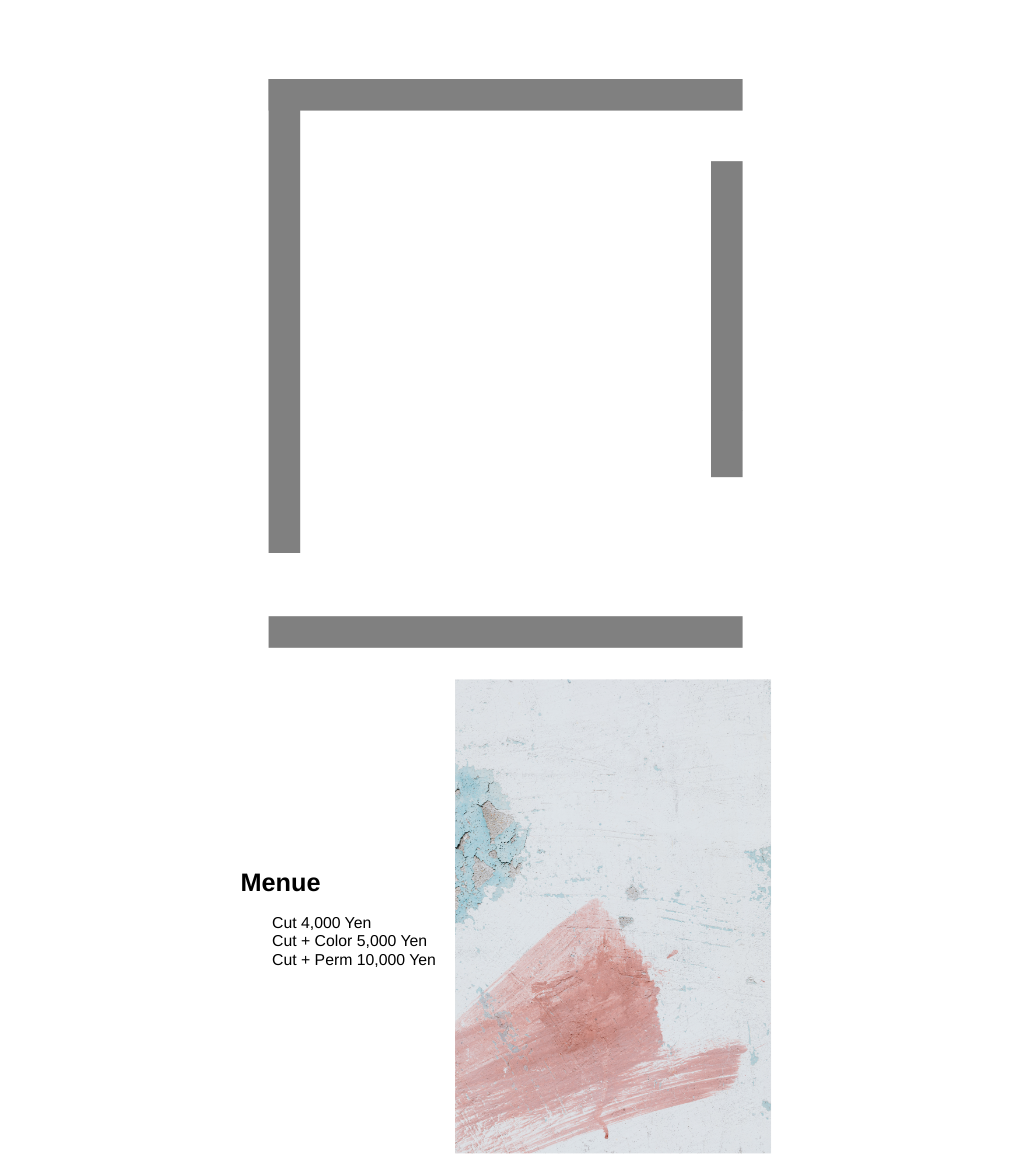
Repository: tomomi1214/canvas.
Page: canvas/imdex.html
The author's editor kept a record of every edit. The page is drawn from the files as they stood at one moment, then again after the next edit.
The browser window is 1280 px wide. The pictures show the whole page, at 79% of full size.
Some web fonts or font styles are not loaded; a fallback is used. Some web libraries are served in a nearby version.

Above is the page before.
Console error: TypeError: e.indexOf is not a function

### canvas/imdex.html
<!DOCTYPE html>
<html lang="ja">
    <head>
        <meta charset="utf-8">
        <meta name="viewport" content="width=device-width,initial-scale=1.0">
        <link rel="stylesheet" href="css/style.css">
        <link rel="icon" href="images/myicon.ico">
        <title>canvas. fukuoka</title>
        <script src="https://code.jquery.com/jquery-3.3.1.min.js"></script>
        <script src="js/anime.min.js"></script>
        <script src="https://cdnjs.cloudflare.com/ajax/libs/Chart.js/2.7.2/Chart.bundle.js"></script>
    </head>
    <body>
        <div class="loading-page">
            <div id="logo">
                <div id="logo0"></div>
                <div id="logo1"></div>
                <div id="logo2"></div>
                <div id="logo3"></div>
                <div id="logo4"></div>
            </div>
        </div>
        <div class="top">
        </div>

        <div class="menue">
            <div class="price">
                <h1>Menue</h1>
                <ul>
                    <li>Cut            4,000 Yen</li>
                    <li>Cut + Color    5,000 Yen</li>
                    <li>Cut + Perm    10,000 Yen</li>
                </ul>
            </div>
            <div class="pic">
                <img src="images/menue.jpg">
            </div>
        </div>
        <div class="address"></div>
        <div class="footer"></div>

    <script src="js/script.js"></script>
    </body>
</html>

### canvas/css/style.css
@charset "utf8";
/*@import url(https://fonts.googleapis.com/css?family=Open+Sans);*/
@import url(https://fonts.googleapis.com/css?family=Hurme+Geometric+Sans+No.1);


h1, p, ul{
    font-family: "Helvetica", "Times New Roman"/* "Didact Gothic"*/;
    /*src: '/canvas/HurmeGeometricSans1 Bold.otf';*/
}


.loading-page {
    height: 100vH;
}

#logo {
    position: relative;
    height: 600px;
    width: 600px;
    margin: 100px auto;
}
#logo0 {
    position: absolute;
    border-left: 40px solid gray;
    border-bottom: 30px solid transparent;
    border-right: 30px solid transparent;
    margin-left: 560px;
    margin-top: 419px;
    opacity: 0;
}
#logo1 {
    position: absolute;
    bottom: 30%;
    width: 40px;
    background-color: gray;
    margin-left: 560px;
    margin-top: 350px;
}
#logo2 {
    position: absolute;
    right: 0;
    height: 40px;
    background-color: gray;
}
#logo3 {
    position: absolute;
    width: 40px;
    background-color: gray;
}
#logo4 {
    position: absolute;
    height: 40px;
    background-color: gray;
    margin-top: 600px;
    bottom: 0%;
}
.header {
    height: 90px;
    border-bottom: 5px solid gray;
}
.header img{
    height: 80px;
    margin-left: 100px;
}
.top {
    height: 100vH;
}
.top img {
    height: 100vH;
    margin: 10px auto;
    text-align: center;
}

.menue{
    margin-top: 40px;
    height: 610px;
    text-align: center;
}
.price {
    text-align: left;
    display: inline-block;
    vertical-align: middle;
}
.price ul{
    list-style: none;
    font-size: 20px;
    padding-right: 20px;
}
.pic {
    display: inline-block;
    vertical-align: middle;

}
.pic img {
    height: 600px;
}

### canvas/js/script.js
/*global $*/
/*global Chart*/

//logo
$(window).on('load',function() {
    $("#logo0").animate({
        "opacity": "1"
    }, 100)
    $("#logo1").animate({
        "height" : "400px"
    }, 500),
    $("#logo2").delay(400).animate({
       "width": "600px"
    }, 500),
    $("#logo3").delay(800).animate({
        "height": "600px"
    }, 500),
    $("#logo4").delay(1200).animate({
        "width": "600px"
    }, 500)
});

//Logoをフェードアウトさせる
$(function() {
  var h = $(window).height();

  $('.top').css('display','none');
  $('#loading-page ,#logo').height(h).css('display','block');
});

$(window).load(function () { //全ての読み込みが完了したら実行
  $('#loader-bg').delay(900).fadeOut(800);
  $('#loader').delay(600).fadeOut(300);
  $('#wrap').css('display', 'block');
});

//10秒たったら強制的にロード画面を非表示
$(function(){
  setTimeout('stopload()',10000);
});

function stopload(){
  $('#wrap').css('display','block');
  $('#loader-bg').delay(900).fadeOut(800);
  $('#loader').delay(600).fadeOut(300);
}

Loaded but not shown: canvas/js/anime.min.js (library)

After the next edit:
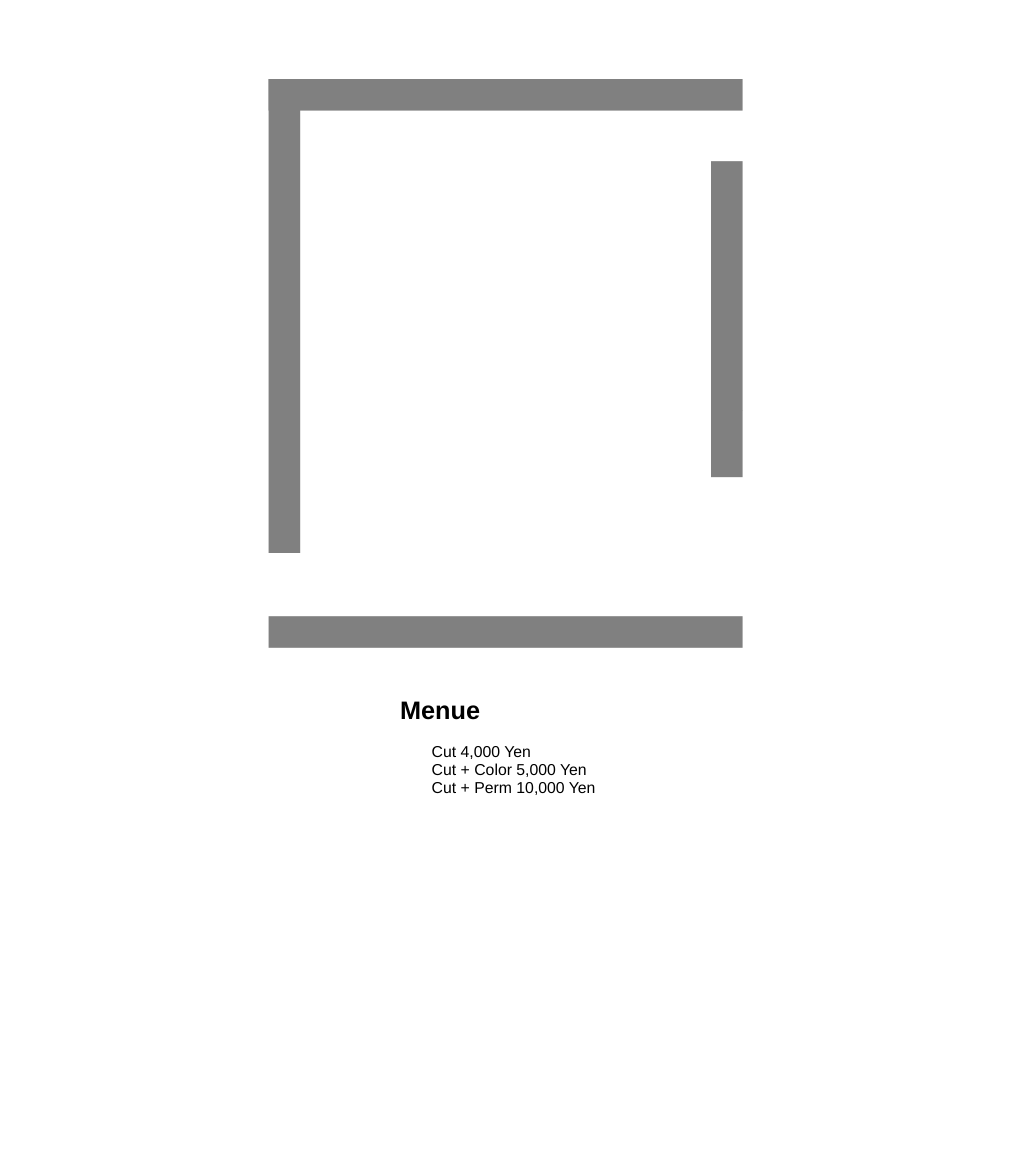
The edit:
--- a/canvas/imdex.html
+++ b/canvas/imdex.html
@@ -32,9 +32,6 @@
                     <li>Cut + Perm    10,000 Yen</li>
                 </ul>
             </div>
-            <div class="pic">
-                <img src="images/menue.jpg">
-            </div>
         </div>
         <div class="address"></div>
         <div class="footer"></div>

After the edit that followed:
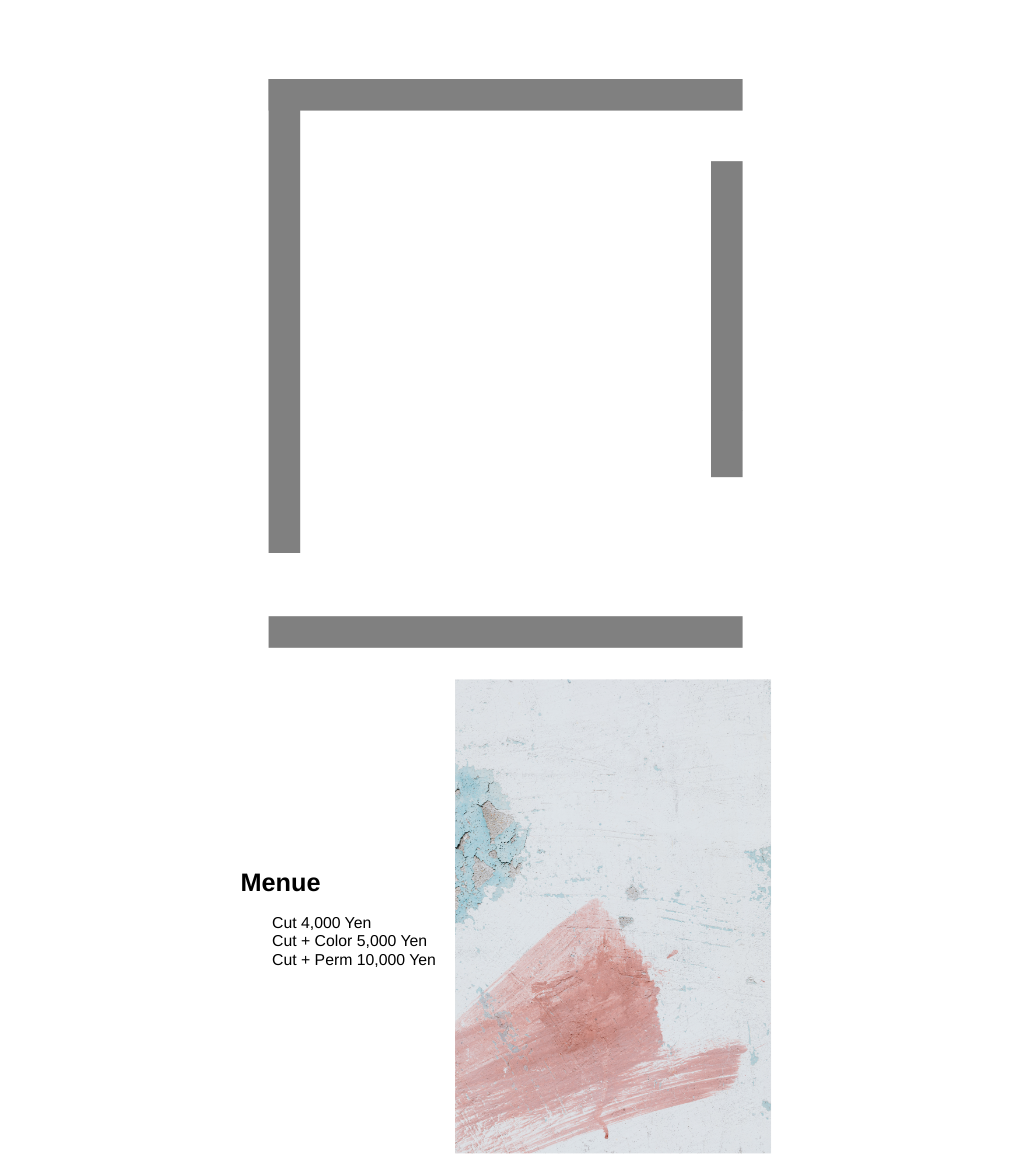
The edit:
--- a/canvas/imdex.html
+++ b/canvas/imdex.html
@@ -32,6 +32,10 @@
                     <li>Cut + Perm    10,000 Yen</li>
                 </ul>
             </div>
+            <div class="pic">
+                <img src="images/menue.jpg">
+            </div>
+
         </div>
         <div class="address"></div>
         <div class="footer"></div>
